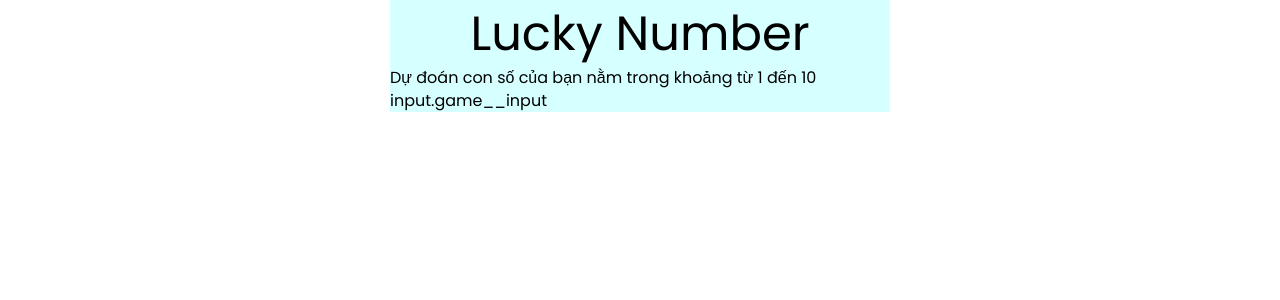
Repository: whis16720/PhuNguyen-C4EJS-D15
Page: index.html
The author's editor kept a copy of each file at every save. The page is drawn from the files as they stood at one save, then again after the next save.
The browser window is 1280 px wide. The pictures show the whole page.
The style sheet was rebuilt from its Sass, Less or Tailwind sources for each picture, by a compiler version that may differ from the author's.

Above is the page before, as saved 2020-09-22 19:30:52.

### index.html
<!DOCTYPE html>
<html lang="en">
<head>
	<meta charset="UTF-8">
	<meta name="viewport" content="width=device-width, initial-scale=1.0">
	<title>Document</title>
	<link rel="stylesheet" href="style.css">
	<link rel="stylesheet" href="reset.css">
	<link href="https://fonts.googleapis.com/css2?family=Poppins:wght@200;300;400;600;700&display=swap" rel="stylesheet">
	<script src="index.js"></script>
</head>
<body>
	<div class="game">
		<h1 class="game__name">Lucky Number</h1>
		<p class="game__details">Dự đoán con số của bạn nằm trong khoảng từ 1 đến 10</p>
		input.game__input
	</div>
</body>
</html>

### style.scss
html {
	font-size: 62.5%; // 1rem = 10px
}
.game {
	font-family: "Poppins", sans-serif;
	line-height: 1.4;
	width: 500px;
	margin: auto;
	background-color: #d6ffff;
	&__name {
		text-align: center;
		font-size: 3rem;
	}
}

Loaded but not shown: reset.css (common file); index.js (no copy from this time; the picture is the same without it)

After the next save:
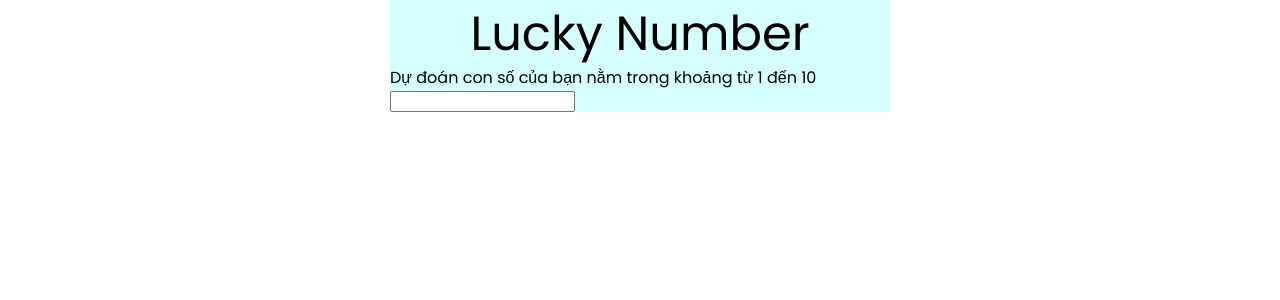
Saved 8 s later.
--- a/index.html
+++ b/index.html
@@ -13,7 +13,7 @@
 	<div class="game">
 		<h1 class="game__name">Lucky Number</h1>
 		<p class="game__details">Dự đoán con số của bạn nằm trong khoảng từ 1 đến 10</p>
-		input.game__input
+		<input type="text" class="game__input">
 	</div>
 </body>
 </html>
